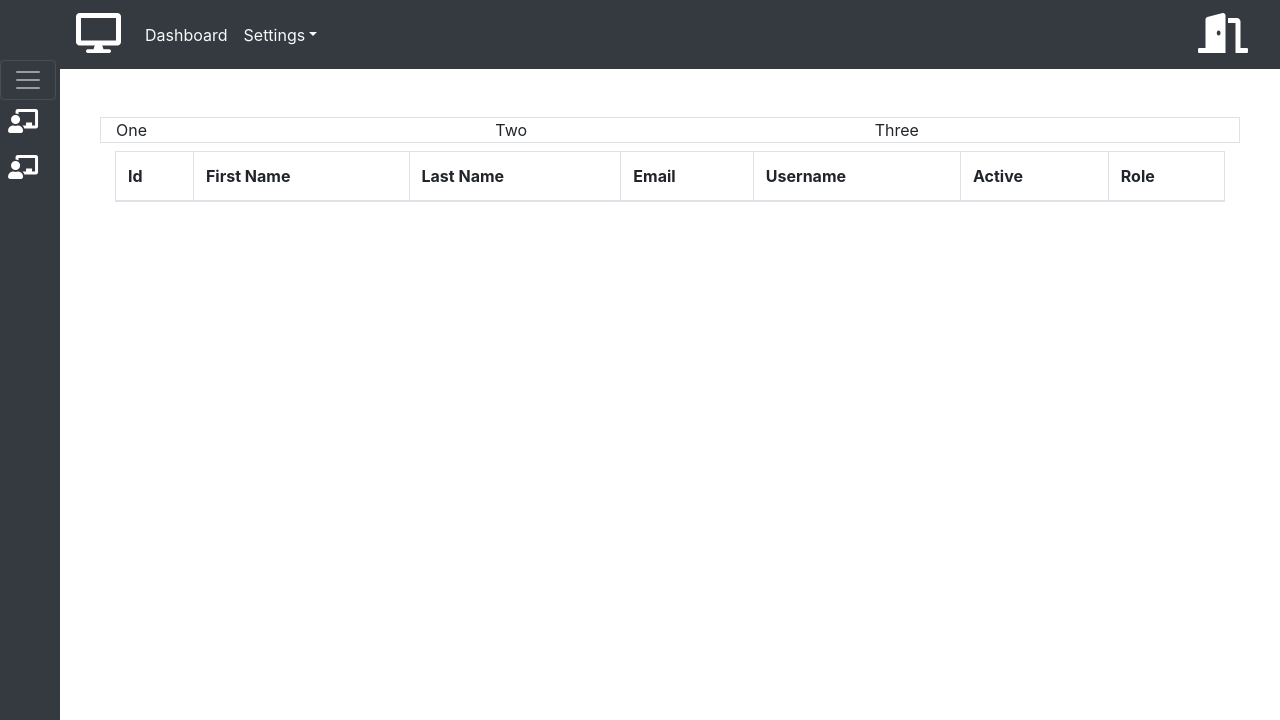
Repository: Pjosif/iDesk
Page: http://localhost/web/protected/userAdm.jsp
These files come from the project's save history. The page is drawn as it stood at one moment and after the next save; the edit follows.
The browser window is 1280 px wide. The pictures show the whole page.
Some web libraries are served in a nearby version. The page is served by Tomcat 9. Nobody is signed in. The application's start-up code is not run. Other server files are loaded and not shown. The template is opened directly, without the code that normally fills it, so the values that code supplies are empty.

Above is the page before, as saved 2018-08-01 11:50:09.

### main/web/src/main/webapp/protected/userAdm.jsp
<%@ page language="java" contentType="text/html; charset=ISO-8859-1" pageEncoding="ISO-8859-1"%>
<!DOCTYPE html>
<%@ taglib uri="http://www.springframework.org/tags/form" prefix="form"%>
<%@ taglib uri="http://java.sun.com/jsp/jstl/core" prefix="c"%>
<html>
<head>
<meta charset="utf-8">
<meta name="viewport" content="width=device-width, initial-scale=1, shrink-to-fit=no">
<link href="../resources/css/bootstrap.css" rel="stylesheet">
<link rel="stylesheet" href="https://use.fontawesome.com/releases/v5.1.0/css/all.css" integrity="sha384-lKuwvrZot6UHsBSfcMvOkWwlCMgc0TaWr+30HWe3a4ltaBwTZhyTEggF5tJv8tbt" crossorigin="anonymous">
<link href="../resources/css/sidenav.css" rel="stylesheet">
<title>User Management</title>
</head>
<body>
	<jsp:include page="../master/sidenav.jsp" />
	<div id="main" class="main">
		<jsp:include page="../master/header.jsp" />
		<div class="container border mt-5">
			<div class="row">
				<div class="col-sm">One</div>
				<div class="col-sm">Two</div>
				<div class="col-sm">Three</div>
			</div>
		</div>

		<div class="container mt-2">
			<table class="table table-bordered">
				<thead>
					<tr>
						<th scope="col">Id</th>
						<th scope="col">First Name</th>
						<th scope="col">Last Name</th>
						<th scope="col">Email</th>
						<th scope="col">Username</th>
						<th scope="col">Active</th>
						<th scope="col">Role</th>
					</tr>
				</thead>
				<c:forEach var="emp" items="${list}">
					<tr>
						<th scope="row">${emp.id}</th>
						<td>${emp.firstName}</td>
						<td>${emp.lastName}</td>
						<td>${emp.email}</td>
						<td>${emp.username}</td>
						<td>${emp.active}</td>
						<td>${emp.role.role}</td>
					</tr>
				</c:forEach>
			</table>
		</div>

	</div>
	<script src="https://code.jquery.com/jquery-3.3.1.slim.min.js" integrity="sha384-q8i/X+965DzO0rT7abK41JStQIAqVgRVzpbzo5smXKp4YfRvH+8abtTE1Pi6jizo" crossorigin="anonymous"></script>
	<script src="https://cdnjs.cloudflare.com/ajax/libs/popper.js/1.14.3/umd/popper.min.js" integrity="sha384-ZMP7rVo3mIykV+2+9J3UJ46jBk0WLaUAdn689aCwoqbBJiSnjAK/l8WvCWPIPm49" crossorigin="anonymous"></script>
	<script src="../resources/js/bootstrap.min.js"></script>
</body>
</html>

### main/web/src/main/webapp/master/sidenav.jsp
<div id=sideNav class=sidenav>
	<div class="navbar-dark">
		<button class="navbar-toggler" type="button" onclick="togleNav()">
			<span class="navbar-toggler-icon"></span>
		</button>
	</div>
	<ul>
		<li>
			<a href="#">
				<i class="fas fa-chalkboard-teacher"></i>Incident
			</a>
		</li>
		<li>
			<a href="#">
				<i class="fas fa-chalkboard-teacher"></i>Request
			</a>
		</li>

		<!-- 		<a href="#"><i class="fas fa-chalkboard-teacher"></i>MENU 3</a> -->
		<!-- 		<a href="#"><i class="fas fa-chalkboard-teacher"></i>MENU 4</a> -->
	</ul>
</div>
<script>
	function togleNav() {
		var navigator = document.getElementById("sideNav");
		if (navigator.style.width === "200px") {
			closeNav();
		} else {
			openNav();
		}
	}

	function openNav() {
		document.getElementById("sideNav").style.width = "200px";
		document.getElementById("main").style.marginLeft = "200px";
	}

	function closeNav() {
		document.getElementById("sideNav").style.width = "60px";
		document.getElementById("main").style.marginLeft = "60px";
	}
</script>

### main/web/src/main/webapp/master/header.jsp
<%@ taglib prefix="sec" uri="http://www.springframework.org/security/tags" %>
<nav class="navbar navbar-expand-sm navbar-dark bg-dark">
	<div>
		<a class="navbar-brand" href="home">
			<i class="fas fa-desktop fa-2x"></i>
		</a>
	</div>
	<button class="navbar-toggler" type="button" data-toggle="collapse" data-target="header" aria-controls="header" aria-expanded="false" aria-label="Toggle navigation">
		<span class="navbar-toggler-icon"></span>
	</button>
	<div class="collapse navbar-collapse" id="header">
		<ul class="navbar-nav mr-auto">
			<li class="nav-item">
				<a class="nav-link text-light" href="#">Dashboard</a>
			</li>
			<li class="nav-item dropdown">
				<a class="nav-link dropdown-toggle text-light" style="cursor:pointer" id="settings" data-toggle=dropdown aria-haspopup="true" aria-expanded="false">Settings</a>
				<div class="dropdown-menu" aria-labelledby="settings">
					<a class="dropdown-item" href="#">Configuration Item</a>
				</div>
			</li>
			<sec:authorize access="hasAuthority('ADMIN_PRIVILEGE')">
			<li class="nav-item dropdown">
				<a class="nav-link dropdown-toggle text-light" style="cursor: pointer" id="dropdown03" data-toggle="dropdown" aria-haspopup="true" aria-expanded="false">Administrator</a>
				<div class="dropdown-menu" aria-labelledby="dropdown03">
					<a class="dropdown-item" href="userlist">Users</a>
					<a class="dropdown-item" href="rolelist">Roles</a>
					<a class="dropdown-item" href="privlist">Privilege</a>
				</div>
			</li>
			</sec:authorize>
		</ul>
		<a class="navbar-brand" href="logout">
			<i class="fas fa-door-open fa-2x"></i>
		</a>
	</div>
</nav>

### main/web/src/main/webapp/resources/css/sidenav.css
.main {
	margin-left: 60px;
}

.sidenav {
    height: 100%;
    width: 60px;
    position: fixed;
    z-index: 1;
    top: 0;
    left: 0;
    background-color: #343a40;
    overflow-x: hidden;
    transition: 0.5s;
    padding-top: 60px;
}

.sidenav a {
	width:250px;
    padding: 8px 8px 8px 8px;
    text-decoration: none;
    font-size: 20px;
    color: #FFFFFF;
    display: block;
    transition: 0.3s;
}

.sidenav i {
	padding-right: 22px;
	font-size: 24px;
}

.sidenav ul {
	list-style-type: none;
	padding: 0;
}

.sidenav a:hover {
    color: #f1f1f1;
}

.sidenav .closebtn {
    position: absolute;
    top: 0;
    right: 25px;
    font-size: 36px;
    margin-left: 50px;
}

@media screen and (max-height: 450px) {
  .sidenav {padding-top: 15px;}
  .sidenav a {font-size: 18px;}
}

Loaded but not shown: main/web/src/main/webapp/resources/css/bootstrap.css (library); main/web/src/main/webapp/resources/js/bootstrap.min.js (library)

After the next save:
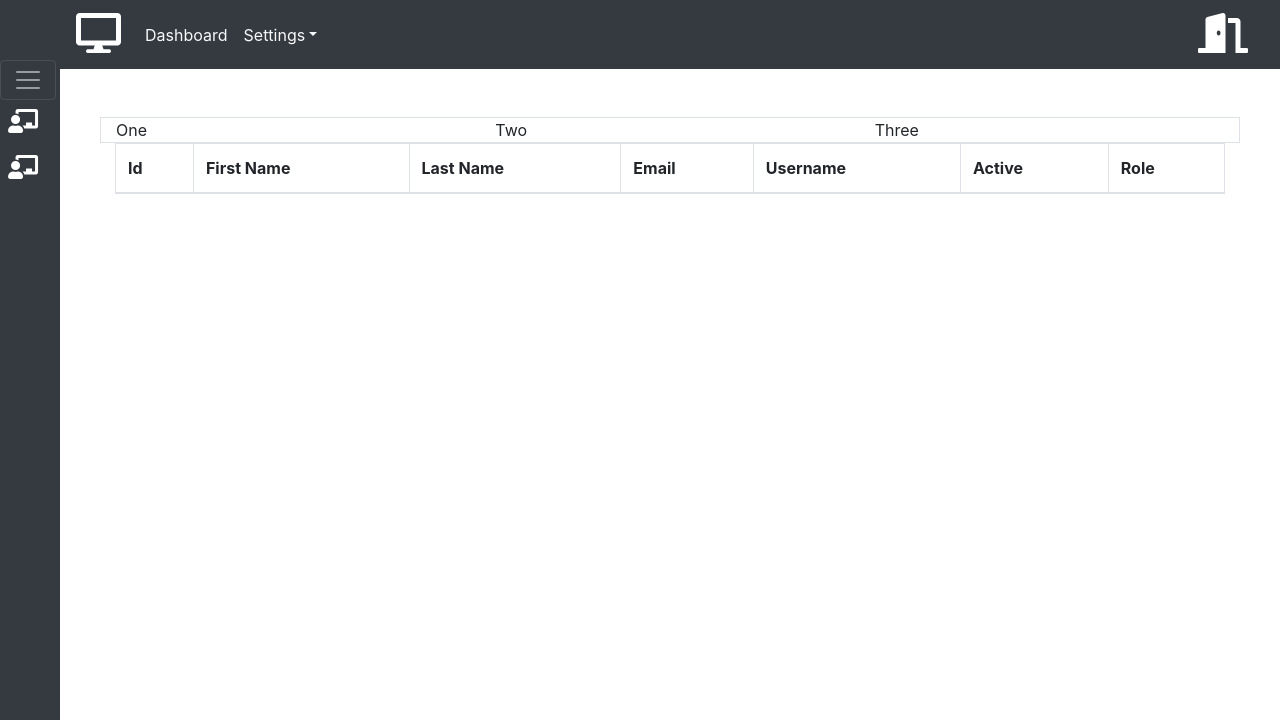
Saved 5 min 1 s later.
--- a/main/web/src/main/webapp/protected/userAdm.jsp
+++ b/main/web/src/main/webapp/protected/userAdm.jsp
@@ -23,7 +23,7 @@
 			</div>
 		</div>
 
-		<div class="container mt-2">
+		<div class="container m-auto">
 			<table class="table table-bordered">
 				<thead>
 					<tr>
